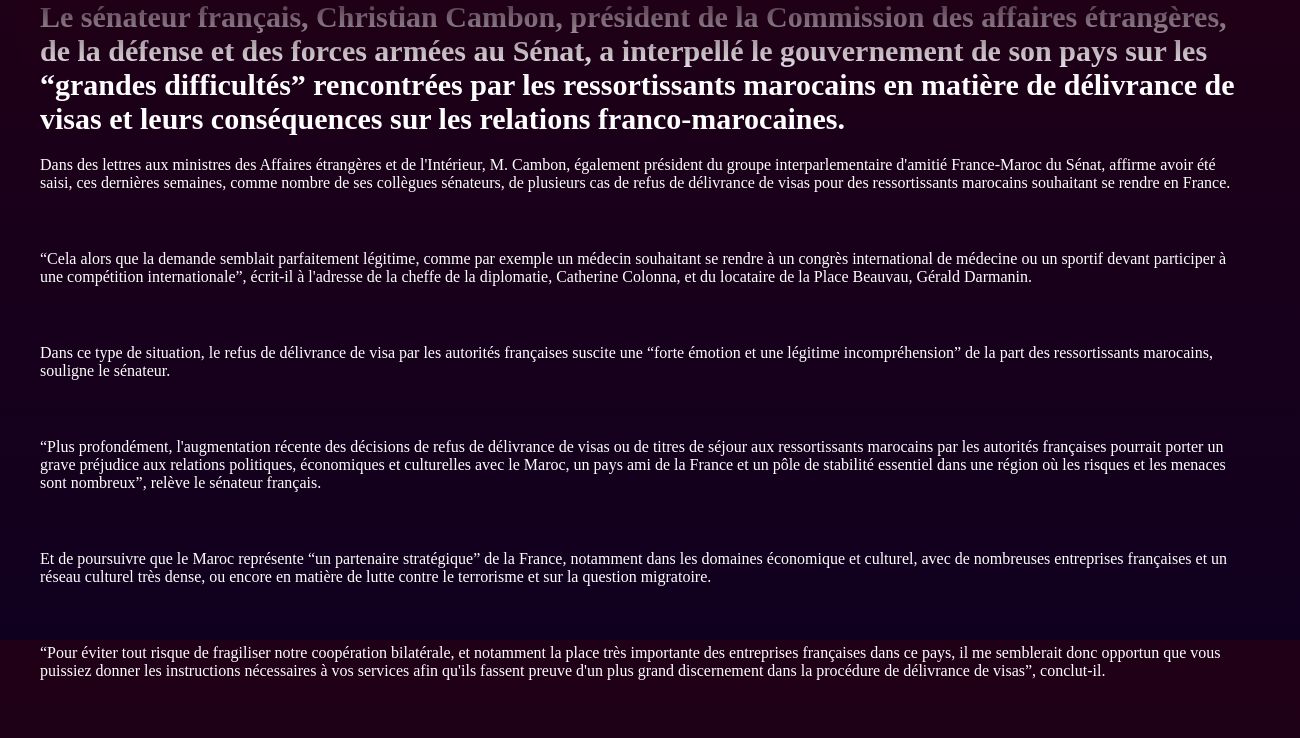
Repository: SD-Mdouka/site-n-b
Page: /
The author's editor kept a copy of each file at every save. The page is drawn from the files as they stood at one save, then again after the next save.
The browser window is 1280 px wide. The page is 1300 px wide, so the pictures cover 1300 px, including what lies to the right of the window. The pictures show the part of the page from y = 800 to 1538 px (the page is 1538 px tall).
The project was rebuilt for these pictures with package versions that can differ from the ones it lists, and the page was loaded fresh each time.

Above is the page before, as saved 2022-09-22 15:35:34.

After the next save:
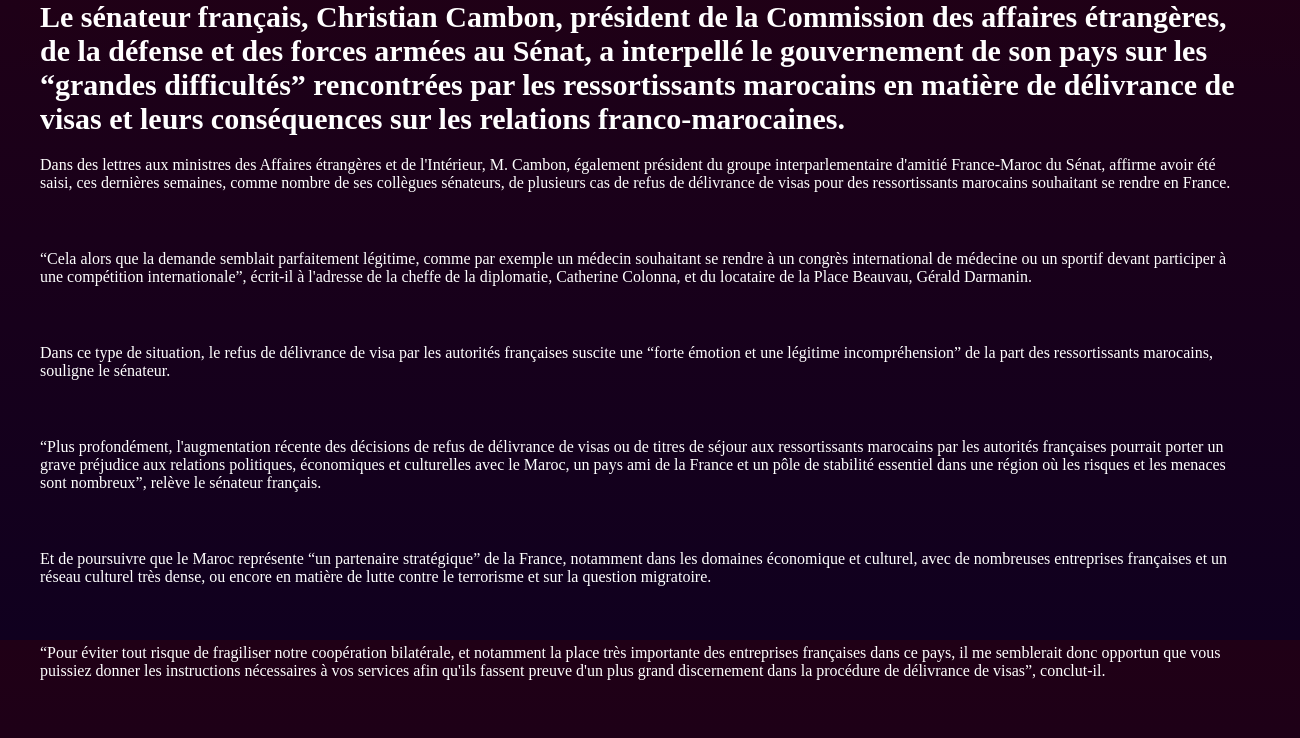
Saved 21 s later.
--- a/src/App.css
+++ b/src/App.css
@@ -60,6 +60,7 @@ header ul li a:hover,
     width: 100%;
     background: linear-gradient(#200016, transparent);
     color: transparent;
+    z-index: -1;
 }
 
 .main img {
